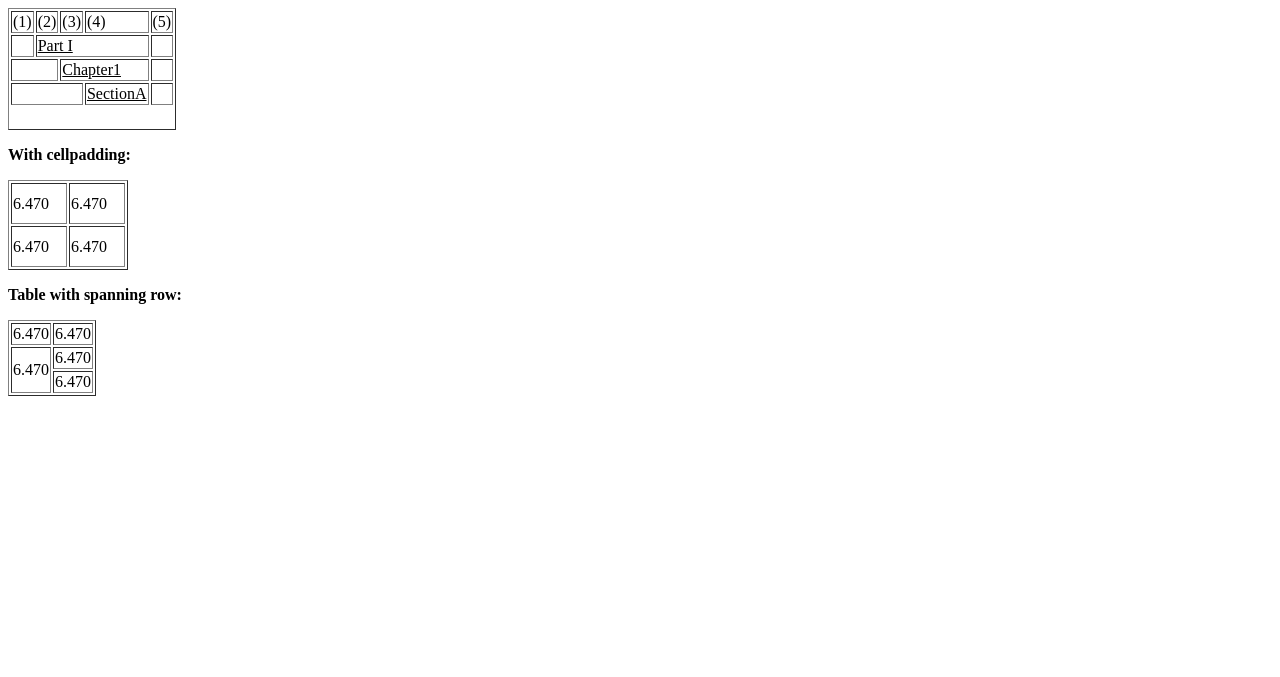
Repository: PhamChiXuan1/HTCNW_tuan3_DHCNTT16C_PhamChiXuan_20030131
Page: bt6b.html
These files come from the project's save history. The page is drawn as it stood at one moment and after the next save; the edit follows.
The browser window is 1280 px wide. The pictures show the whole page.

Above is the page before, as saved 2022-02-26 22:54:15.

After the next save:
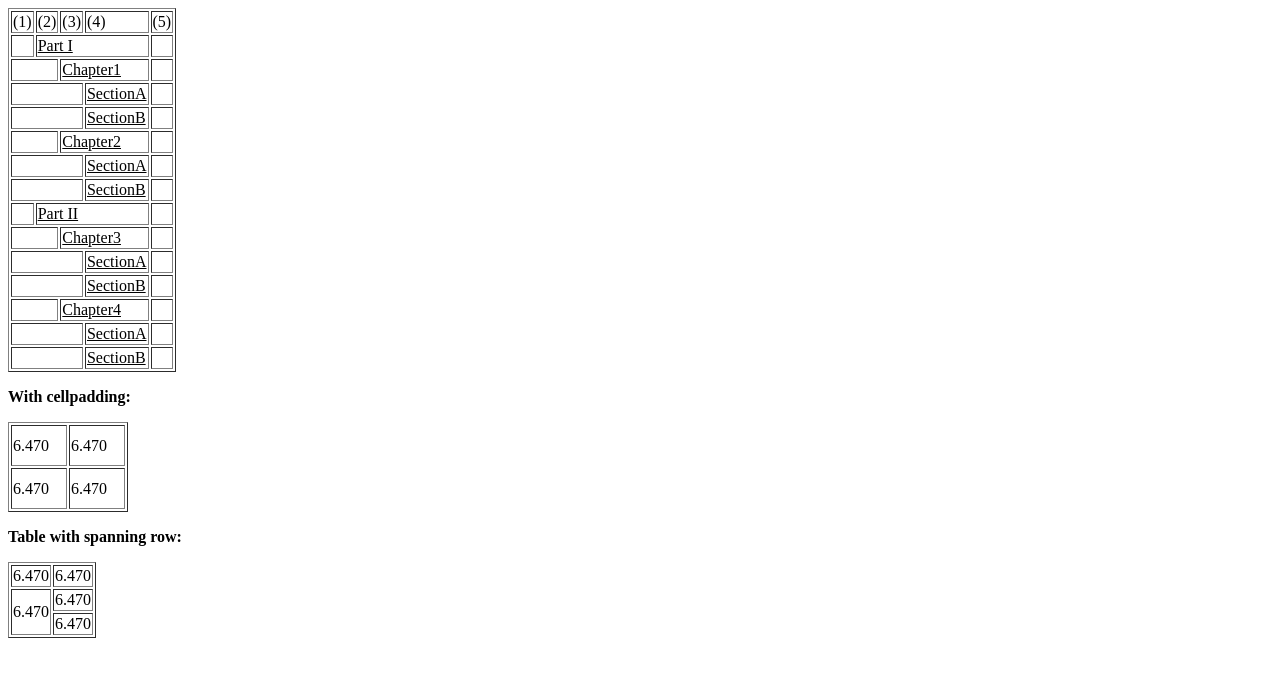
Saved 2 min 17 s later.
--- a/bt6b.html
+++ b/bt6b.html
@@ -30,17 +30,61 @@
             <td colspan="2"><U>SectionA</U></td>
             <td></td>
         </tr>
-        <tr></tr>
-        <tr></tr>
-        <tr></tr>
-        <tr></tr>
-        <tr></tr>
-        <tr></tr>
-        <tr></tr>
-        <tr></tr>
-        <tr></tr>
-        <tr></tr>
-        <tr></tr>
+        <tr>
+            <td colspan="3"></td>
+            <td colspan="2"><U>SectionB</U></td>
+            <td></td>
+        </tr>
+        <tr>
+            <td colspan="2"></td>
+            <td colspan="3"><U>Chapter2</U></td>
+            <td></td>
+        </tr>
+        <tr>
+            <td colspan="3"></td>
+            <td colspan="2"><U>SectionA</U></td>
+            <td></td>
+        </tr>
+        <tr>
+            <td colspan="3"></td>
+            <td colspan="2"><U>SectionB</U></td>
+            <td></td>
+        </tr>
+        <tr>
+            <td></td>
+            <td colspan="4"><U>Part II</U></td>
+            <td></td>
+        </tr>
+        <tr>
+            <td colspan="2"></td>
+            <td colspan="3"><U>Chapter3</U></td>
+            <td></td>
+        </tr>
+        <tr>
+            <td colspan="3"></td>
+            <td colspan="2"><U>SectionA</U></td>
+            <td></td>
+        </tr>
+        <tr>
+            <td colspan="3"></td>
+            <td colspan="2"><U>SectionB</U></td>
+            <td></td>
+        </tr>
+        <tr>
+            <td colspan="2"></td>
+            <td colspan="3"><U>Chapter4</U></td>
+            <td></td>
+        </tr>
+        <tr>
+            <td colspan="3"></td>
+            <td colspan="2"><U>SectionA</U></td>
+            <td></td>
+        </tr>
+        <tr>
+            <td colspan="3"></td>
+            <td colspan="2"><U>SectionB</U></td>
+            <td></td>
+        </tr>
     </table>
     <table border="1" width="120px" height="90">
         <P><B>With cellpadding:</B></P>
